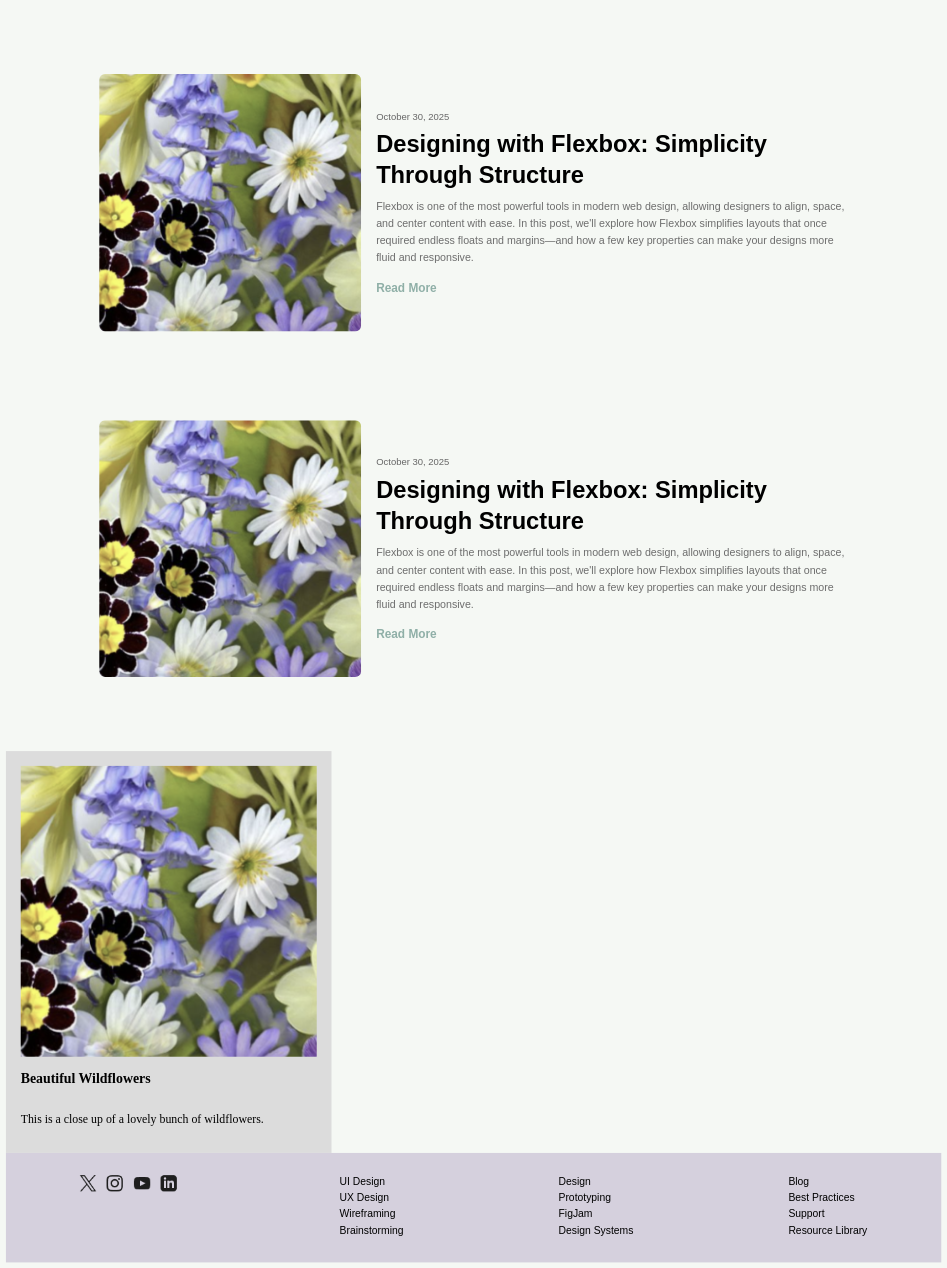
Repository: Brittany-Westlund/WebDesign
Page: Assignment5/flexbox.html
The author's editor kept a copy of each file at every save. The page is drawn from the files as they stood at one save, then again after the next save.
The browser window is 1280 px wide. The pictures show the whole page, at 74% of full size.

Above is the page before, as saved 2025-11-18 19:00:49.

After the next save:
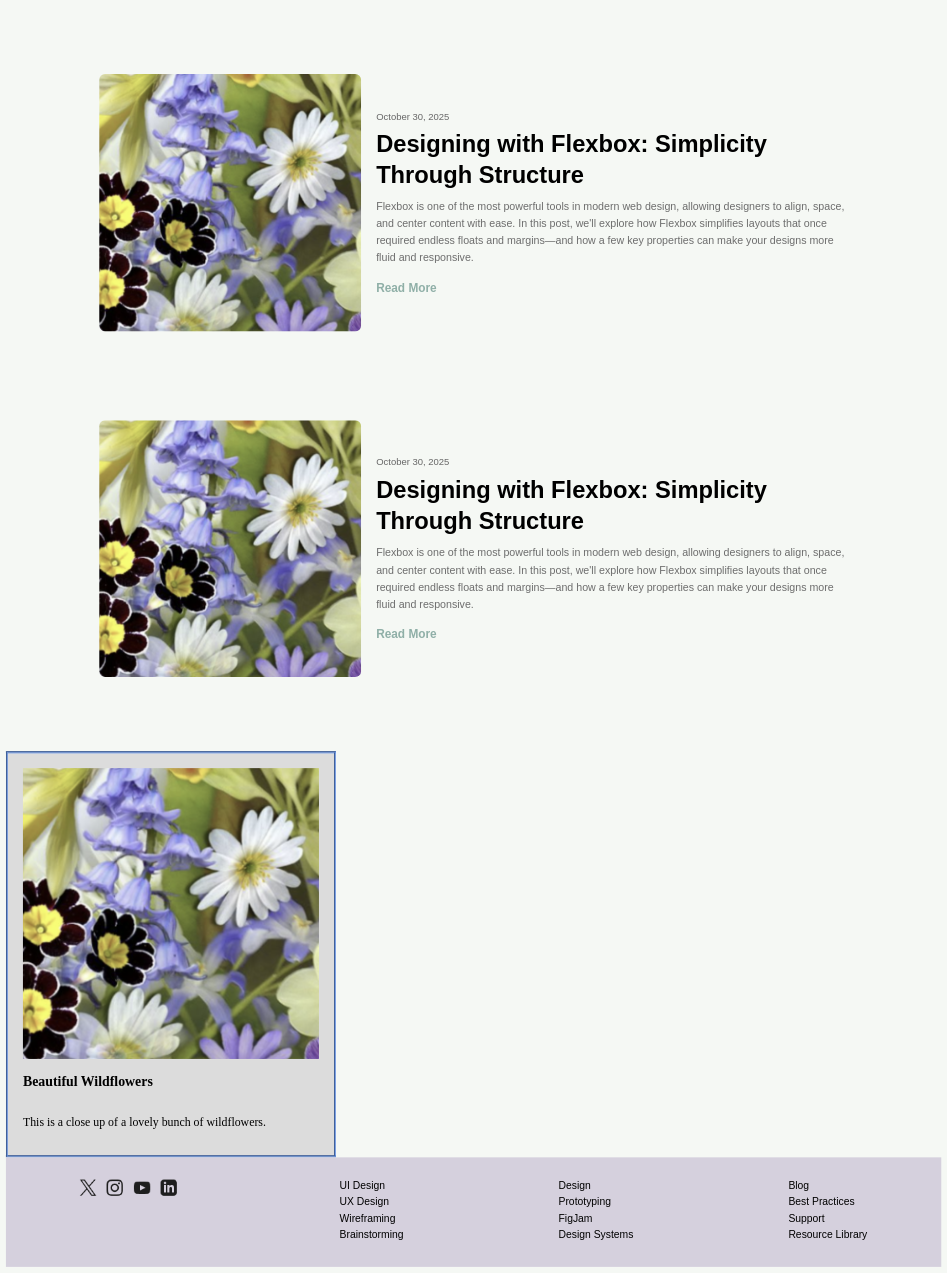
Saved 70 s later.
--- a/Assignment5/style/style.css
+++ b/Assignment5/style/style.css
@@ -102,7 +102,8 @@ body {
   flex-direction: column;
   gap: 5%;
   padding: 20px;
-  border: cornflowerblue;
+  border-style: groove;
+  border-color: cornflowerblue;
   background-color: gainsboro;
   max-width: 400px;
 }
